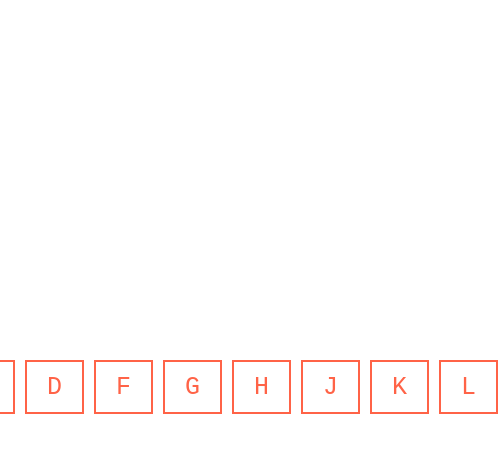
Repository: ritikalohia/Javascript_miniProjects
Page: Project_1/index.html
The author's editor kept a copy of each file at every save. The page is drawn from the files as they stood at one save, then again after the next save.
The browser window is 375 px wide. The page is 498 px wide, then 476 px, so the pictures cover 498 px, including what lies to the right of the window. The pictures show the whole page.

Above is the page before, as saved 2021-06-03 20:19:57.

### Project_1/index.html
<!DOCTYPE html>
<html lang="en">
<head>
    <meta charset="UTF-8">
    <meta http-equiv="X-UA-Compatible" content="IE=edge">
    <meta name="viewport" content="width=device-width, initial-scale=1.0">
    <title>Document</title>
    <style>
        body{
            margin: 0;
            display: flex;
            align-items: center;
            justify-content: center;
        }
        .keys{
            display: flex;
            top: 45%;
            position: absolute;
        }
        .sound{
            display: none;
        }

        .key{
            border: 2px solid tomato;
            background: none;
            color: tomato;
            padding: 20px 40px;
            margin-left: 20px;
            font-size: 25px;
            text-transform: uppercase;
            cursor: pointer;
        }

        @media (max-width: 500px ){
        .key{
            padding: 10px 20px;
            margin-left: 10px;
        }
        }

    </style>
</head>
<body>

    <div class="keys">
        <div data-key="65" class="key">
            <kbd>A</kbd>
            <span class="sound">clap</span>
        </div>
        <div data-key="83" class="key">
            <kbd>S</kbd>
            <span class="sound">hihat</span>
        </div>
        <div data-key="68" class="key">
            <kbd>D</kbd>
            <span class="sound">kick</span>
        </div>
        <div data-key="70" class="key">
            <kbd>F</kbd>
            <span class="sound">openhat</span>
        </div>
        <div data-key="71" class="key">
            <kbd>G</kbd>
            <span class="sound">boom</span>
        </div>
        <div data-key="72" class="key">
            <kbd>H</kbd>
            <span class="sound">ride</span>
        </div>
        <div data-key="74" class="key">
            <kbd>J</kbd>
            <span class="sound">snare</span>
        </div>
        <div data-key="75" class="key">
            <kbd>K</kbd>
            <span class="sound">tom</span>
        </div>
        <div data-key="76" class="key">
            <kbd>L</kbd>
            <span class="sound">tink</span>
        </div>
    </div>

    <audio data-key="65" src="sounds/clap.wav"></audio>
    <audio data-key="83" src="sounds/hihat.wav"></audio>
    <audio data-key="68" src="sounds/kick.wav"></audio>
    <audio data-key="70" src="sounds/openhat.wav"></audio>
    <audio data-key="71" src="sounds/boom.wav"></audio>
    <audio data-key="72" src="sounds/ride.wav"></audio>
    <audio data-key="74" src="sounds/snare.wav"></audio>
    <audio data-key="75" src="sounds/tom.wav"></audio>
    <audio data-key="76" src="sounds/tink.wav"></audio>

    <script>
        window.addEventListener('keydown', function(e){
            console.log(e);
        });
    </script>
</body>
</html>

After the next save:
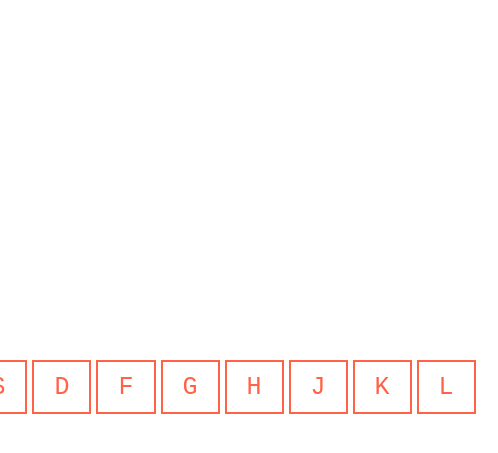
Saved 9 s later.
--- a/Project_1/index.html
+++ b/Project_1/index.html
@@ -35,7 +35,7 @@
         @media (max-width: 500px ){
         .key{
             padding: 10px 20px;
-            margin-left: 10px;
+            margin-left: 5px;
         }
         }
 
